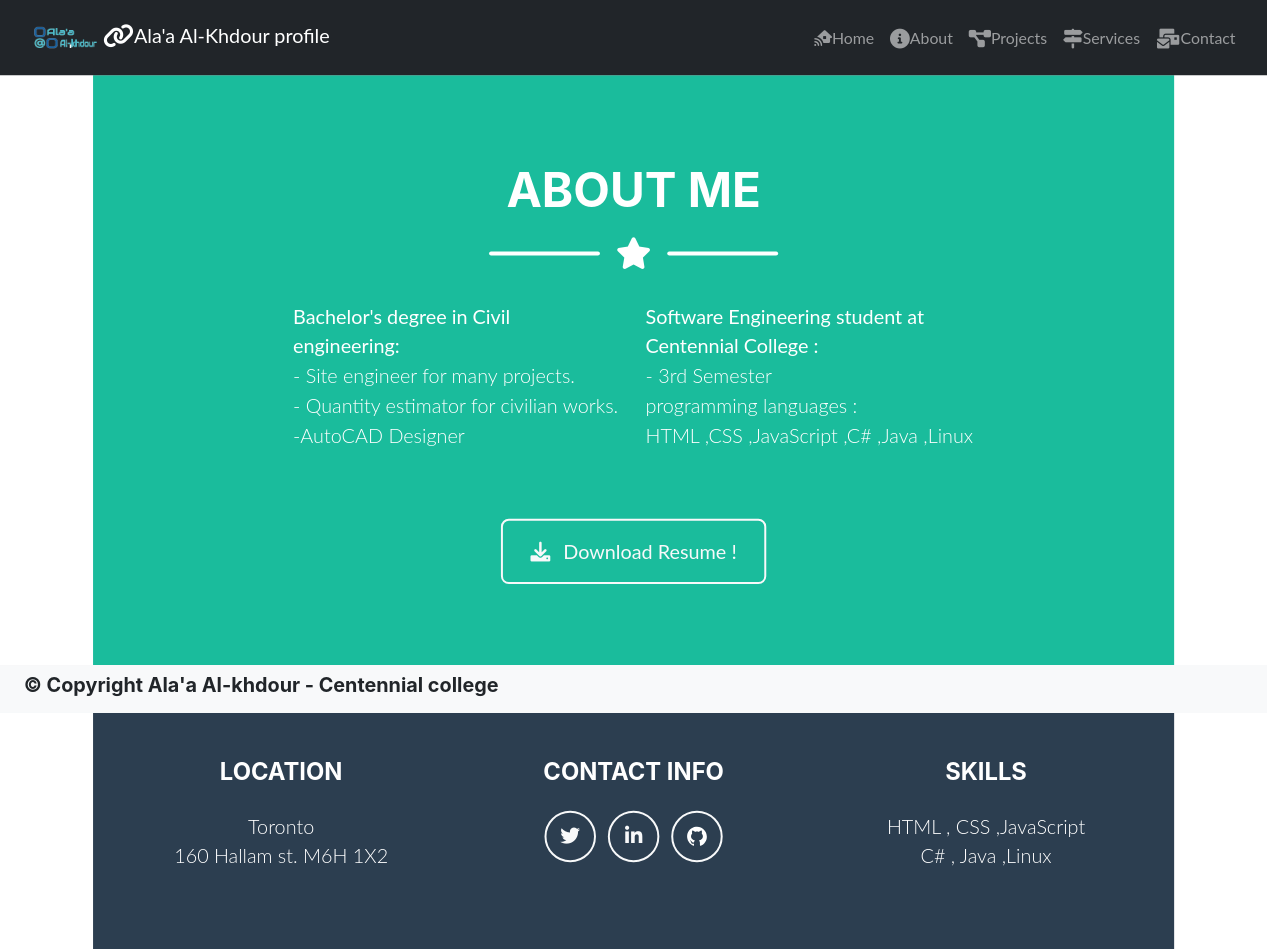
Repository: alaakhdour/heroukulivesite-section1
Page: http://localhost/about
The author's editor kept a copy of each file at every save. The page is drawn from the files as they stood at one save, then again after the next save.
The browser window is 1280 px wide. The pictures show the whole page, at 99% of full size.
The page is served by the project's Node server (server.js). Other server files are loaded and not shown.

Above is the page before, as saved 2022-06-18 04:17:26.

### Server/Views/index.ejs

<!DOCTYPE html>
<html lang="en">
<head>
    <meta charset="UTF-8">
    <meta http-equiv="X-UA-Compatible" content="IE=edge">
    <meta name="viewport" content="width=device-width, initial-scale=1.0">
    <title><%= title %></title>
    <!-- CSS Section -->
    <link rel="stylesheet" href="./bootstrap/dist/css/bootstrap.min.css">
    <link rel="stylesheet" href="./@fortawsome/fontawesome-free/css/all.min.css">
    <link rel="stylesheet" href="./Content/app.css">
    <link rel="stylesheet" href="./Content/styles.css">
</head>
<body>
    <!-- Main Navigation Section -->
    <header>
        <%- include('./components/header.ejs'); %>
    </header>

    <!-- Content Section-->
    <main>
        <%- include('content/' + page + '.ejs'); %>

    </main>

    <!-- Site-wide footer-->
    <footer>
        <%- include('components/footer.ejs'); %>
    </footer>

    <!-- JavaScript Section -->
    <script src="./jquery/dist/jquery.min.js"></script>
    <script src="./bootstrap/dist/js/bootstrap.min.js"></script>
    <script src="./@fortawesome/fontawesome-free/js/all.min.js"></script>
    <script src="./Scripts/app.js"></script>
</body>
</html>

### Server/Views/components/header.ejs
<nav class="navbar navbar-expand-lg navbar-dark bg-dark">
    <div class="container-fluid">
      <a class="navbar-brand" href="/"> <img src="./Assets/images/logo.png" alt="" width="80" height="50"><i class="fa-solid fa-link fa-lg"></i>Ala'a Al-Khdour profile</a>
      <button class="navbar-toggler" type="button" data-bs-toggle="collapse" data-bs-target="#navbarSupportedContent" aria-controls="navbarSupportedContent" aria-expanded="false" aria-label="Toggle navigation">
        <span class="navbar-toggler-icon"></span>
      </button>
      <div class="collapse navbar-collapse" id="navbarSupportedContent">
        <ul class="navbar-nav ms-auto mb-2 mb-lg-0">
          <li class="nav-item">
            <a class="nav-link" aria-current="page" href="/home"><i class="fa-solid fa-house-signal"></i>Home</a>
          </li>

          <li class="nav-item">
            <a class="nav-link" aria-current="page" href="/about"><i class="fa-solid fa-circle-info fa-lg"></i>About</a>
          </li>

          <li class="nav-item">
            <a class="nav-link" aria-current="page" href="/projects"><i class="fa-solid fa-diagram-project fa-lg"></i>Projects</a>
          </li>

          <li class="nav-item">
            <a class="nav-link" aria-current="page" href="/services"><i class="fa-solid fa-signs-post fa-lg"></i>Services</a>
          </li>

          <li class="nav-item">
            <a class="nav-link" aria-current="page" href="/contact"><i class="fa-solid fa-envelopes-bulk fa-lg"></i>Contact </a>
          </li>


        </ul>
      </div>
    </div>
  </nav>

### Server/Views/content/about.ejs
<div class="container">


    <!-- About Section-->
    <section class="page-section bg-primary text-white mb-0" id="about">
        <div class="container">
            <!-- About Section Heading-->
            <h2 class="page-section-heading text-center text-uppercase text-white">About ME</h2>
            <!-- Icon Divider-->
            <div class="divider-custom divider-light">
                <div class="divider-custom-line"></div>
                <div class="divider-custom-icon"><i class="fas fa-star"></i></div>
                <div class="divider-custom-line"></div>
            </div>
            <!-- About Section Content-->
            <div class="row">
                <div class="col-lg-4 ms-auto"><p class="lead"><b>Bachelor's degree in Civil engineering:<br></b>
                    - Site engineer for many projects.<br>
                    - Quantity estimator for civilian works.<br>
                    -AutoCAD Designer<br><br> </p></div>
                <div class="col-lg-4 me-auto"><p class="lead"><b>Software Engineering student at Centennial College :<br></b>
                    - 3rd Semester <br>
                    programming languages : <br>
                    HTML ,CSS ,JavaScript
                     ,C# ,Java ,Linux<br></p></div>
            </div>
            <!-- About Section Button-->
            <div class="text-center mt-4">
                <a class="btn btn-xl btn-outline-light" href="./Assets/pdf/CV.Pdf" download>
                    <i class="fas fa-download me-2"></i>
                    Download Resume !
                </a>
            </div>
        </div>
    </section>

    <!-- Footer-->
    <footer class="footer text-center">
        <div class="container">
            <div class="row">
                <!-- Footer Location-->
                <div class="col-lg-4 mb-5 mb-lg-0">
                    <h4 class="text-uppercase mb-4">Location</h4>
                    <p class="lead mb-0">
                        Toronto
                        <br />
                        160 Hallam st. M6H 1X2
                    </p>
                </div>
                <!-- Footer Social Icons-->
                <div class="col-lg-4 mb-5 mb-lg-0">
                    <h4 class="text-uppercase mb-4">CONTACT INFO</h4>
                    <a class="btn btn-outline-light btn-social mx-1" href="https://twitter.com/alaakhdour"><i class="fab fa-fw fa-twitter"></i></a>
                    <a class="btn btn-outline-light btn-social mx-1" href="https://www.linkedin.com/in/ala-a-al-khdour-312240145/"><i class="fab fa-fw fa-linkedin-in"></i></a>
                    <a class="btn btn-outline-light btn-social mx-1" href="https://github.com/alaakhdour"><img src="./Assets/images/git.svg"></a>


                </div>
                <!-- Footer About Text-->
                <div class="col-lg-4">
                    <h4 class="text-uppercase mb-4">Skills</h4>
                    <p class="lead mb-0">
                        HTML , CSS ,JavaScript<br>
                        C# , Java ,Linux
                    </p>
                </div>
            </div>
        </div>
    </footer>
</div>

### Server/Views/components/footer.ejs
<nav class="navbar fixed-bottom bg-light">
    <div class="container-fluid">
      <h5 id="copyright">&copy; Copyright Ala'a Al-khdour - Centennial college</h5>
    </div>
  </nav>

### server.js
"use strict";
var __importDefault = (this && this.__importDefault) || function (mod) {
    return (mod && mod.__esModule) ? mod : { "default": mod };
};
Object.defineProperty(exports, "__esModule", { value: true });
const app_1 = __importDefault(require("./Server/Config/app"));
const debug_1 = __importDefault(require("debug"));
(0, debug_1.default)('week4:server');
const http_1 = __importDefault(require("http"));
const port = normalizePort(process.env.PORT || '3000');
app_1.default.set('port', port);
const server = http_1.default.createServer(app_1.default);
server.listen(port);
server.on('error', onError);
server.on('listening', onListening);
function normalizePort(val) {
    let port = parseInt(val, 10);
    if (isNaN(port)) {
        return val;
    }
    if (port >= 0) {
        return port;
    }
    return false;
}
function onError(error) {
    if (error.syscall !== 'listen') {
        throw error;
    }
    let bind = typeof port === 'string'
        ? 'Pipe ' + port
        : 'Port ' + port;
    switch (error.code) {
        case 'EACCES':
            console.error(bind + ' requires elevated privileges');
            process.exit(1);
            break;
        case 'EADDRINUSE':
            console.error(bind + ' is already in use');
            process.exit(1);
            break;
        default:
            throw error;
    }
}
function onListening() {
    let addr = server.address();
    let bind = 'pipe ' + addr;
    (0, debug_1.default)('Listening on ' + bind);
}
//# sourceMappingURL=server.js.map

### Server/Routes/index.js
"use strict";
var __importDefault = (this && this.__importDefault) || function (mod) {
    return (mod && mod.__esModule) ? mod : { "default": mod };
};
Object.defineProperty(exports, "__esModule", { value: true });
const express_1 = __importDefault(require("express"));
const router = express_1.default.Router();
router.get('/', function (req, res, next) {
    res.render('index', { title: 'Home', page: 'home' });
});
router.get('/home', function (req, res, next) {
    res.render('index', { title: 'Home', page: 'home' });
});
router.get('/about', function (req, res, next) {
    res.render('index', { title: 'About Us', page: 'about' });
});
router.get('/projects', function (req, res, next) {
    res.render('index', { title: 'My Projects', page: 'projects' });
});
router.get('/services', function (req, res, next) {
    res.render('index', { title: 'My services', page: 'services' });
});
router.get('/contact', function (req, res, next) {
    res.render('index', { title: 'contact us', page: 'contact' });
});


exports.default = router;
//# sourceMappingURL=index.js.map

### Client/Assets/images/git.svg
<?xml version="1.0"?><svg fill="#FFFFFF" xmlns="http://www.w3.org/2000/svg"  viewBox="0 0 24 24" width="24px" height="24px">    <path d="M10.9,2.1c-4.6,0.5-8.3,4.2-8.8,8.7c-0.5,4.7,2.2,8.9,6.3,10.5C8.7,21.4,9,21.2,9,20.8v-1.6c0,0-0.4,0.1-0.9,0.1 c-1.4,0-2-1.2-2.1-1.9c-0.1-0.4-0.3-0.7-0.6-1C5.1,16.3,5,16.3,5,16.2C5,16,5.3,16,5.4,16c0.6,0,1.1,0.7,1.3,1c0.5,0.8,1.1,1,1.4,1 c0.4,0,0.7-0.1,0.9-0.2c0.1-0.7,0.4-1.4,1-1.8c-2.3-0.5-4-1.8-4-4c0-1.1,0.5-2.2,1.2-3C7.1,8.8,7,8.3,7,7.6C7,7.2,7,6.6,7.3,6 c0,0,1.4,0,2.8,1.3C10.6,7.1,11.3,7,12,7s1.4,0.1,2,0.3C15.3,6,16.8,6,16.8,6C17,6.6,17,7.2,17,7.6c0,0.8-0.1,1.2-0.2,1.4 c0.7,0.8,1.2,1.8,1.2,3c0,2.2-1.7,3.5-4,4c0.6,0.5,1,1.4,1,2.3v2.6c0,0.3,0.3,0.6,0.7,0.5c3.7-1.5,6.3-5.1,6.3-9.3 C22,6.1,16.9,1.4,10.9,2.1z"/></svg>

### Client/data/data.json
{
    "FullName": "AlaaAlkhdour",
    "ContactNumber": "999999999999",
    "EmailAddress": "ala@example.com"
}

### content/app.css
h1
{
    font-size: 70px;
    font-family: Verdana, Geneva, Tahoma, sans-serif;
}

### scripts/app.js
//IIFE
(function()
{

    function Start()
    {
        console.log("App Started!");

        // use AJAX to read JSON file

        // Step 1: Create a new XHR object
        let XHR = new XMLHttpRequest();

        // Step 2: Create the request
        XHR.open("GET", "../data/data.json");

        // Step 3: Send the request
        XHR.send();

        // Step 4: create an event listener/handler
        XHR.addEventListener("readystatechange", function()
        {
            if(XHR.readyState == 4 && XHR.status == 200)
            {
                console.log("JSON Data:");
                console.log("===========");
                console.log(XHR.responseText);
            }
        });
    }

    window.addEventListener("load", Start);

})();

Loaded but not shown: Client/content/styles.css (library)

After the next save:
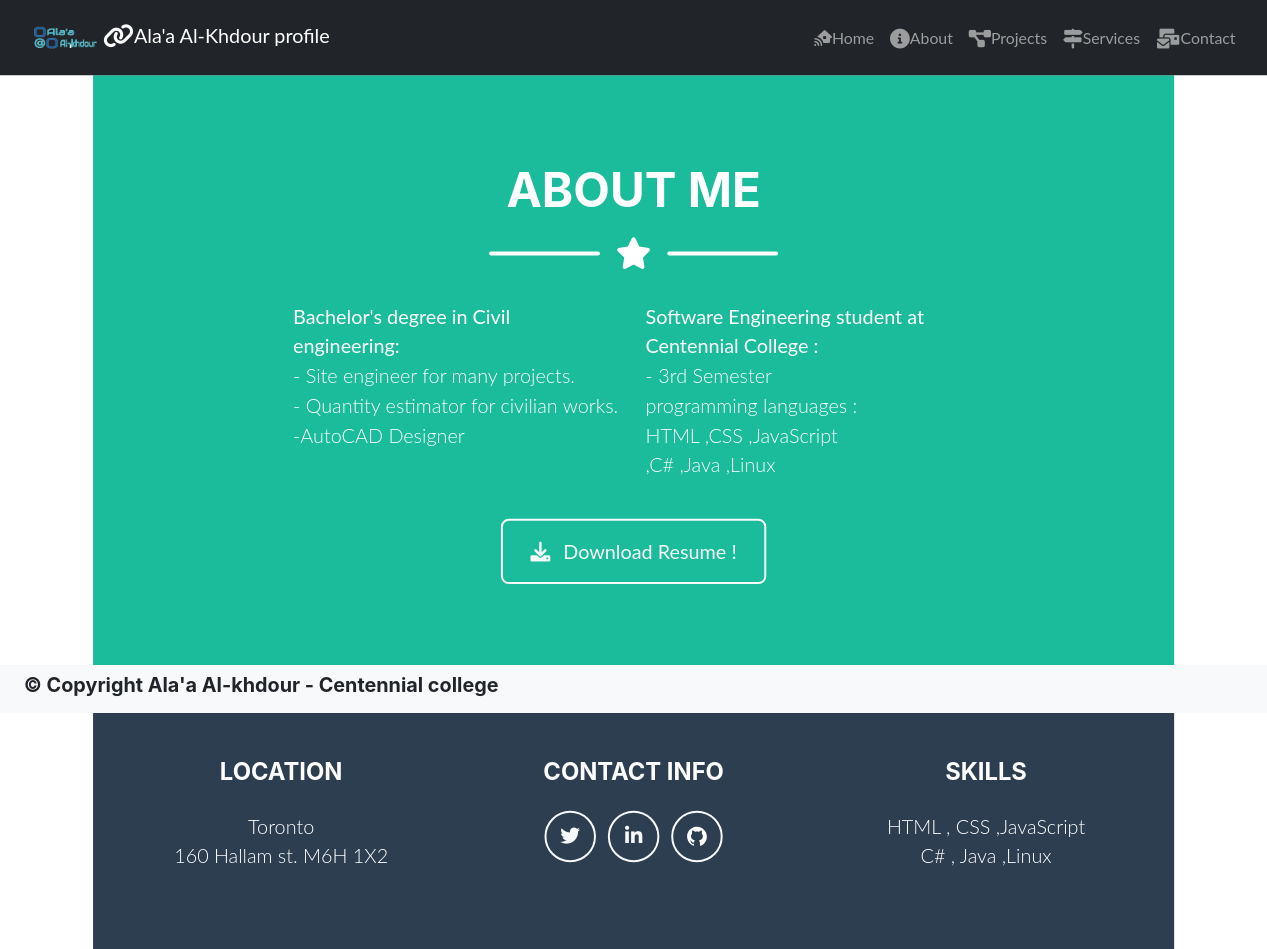
Saved 28 s later.
--- a/Server/Views/content/about.ejs
+++ b/Server/Views/content/about.ejs
@@ -21,7 +21,7 @@
                 <div class="col-lg-4 me-auto"><p class="lead"><b>Software Engineering student at Centennial College :<br></b>
                     - 3rd Semester <br>
                     programming languages : <br>
-                    HTML ,CSS ,JavaScript
+                    HTML ,CSS ,JavaScript <br>
                      ,C# ,Java ,Linux<br></p></div>
             </div>
             <!-- About Section Button-->
